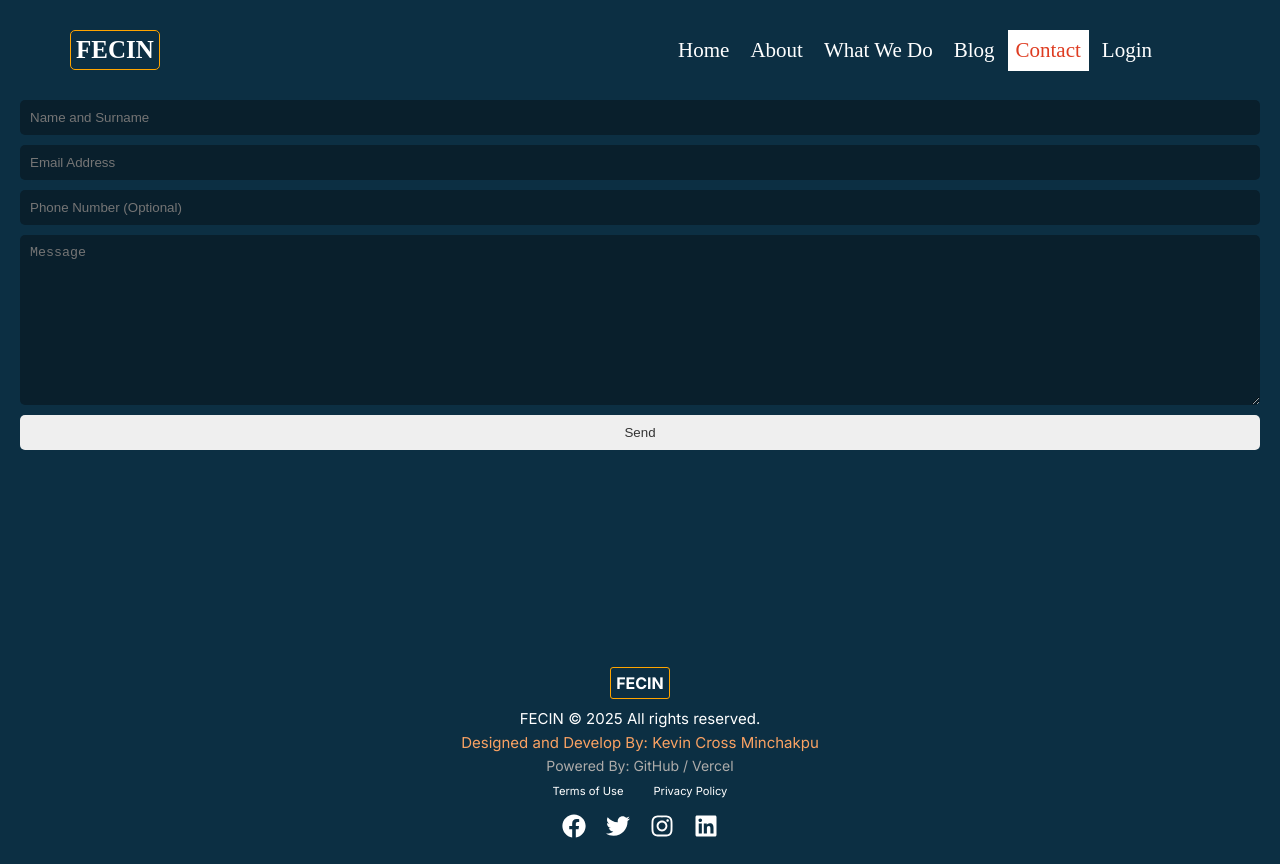
Repository: KCMinchakpu/fecin-projectgs497
Page: /contact
These files come from the project's save history. The page is drawn as it stood at one moment and after the next save; the edit follows.
The browser window is 1280 px wide. The pictures show the whole page.
The page's requests for data from a server got no answer. The project was rebuilt for these pictures with package versions that can differ from the ones it lists, and the page was loaded fresh each time. Some packages were replaced by stand-ins written for this rebuild. The framework's server and built-in components were replaced by stand-ins that run in the browser. No one was signed in, and anything a server would have sent is missing. Queries for data that is not in the repository find no rows. Also part of the build but not shown: next.config.mjs.

Above is the page before, as saved 2025-04-12 12:53:36.

After the next save:
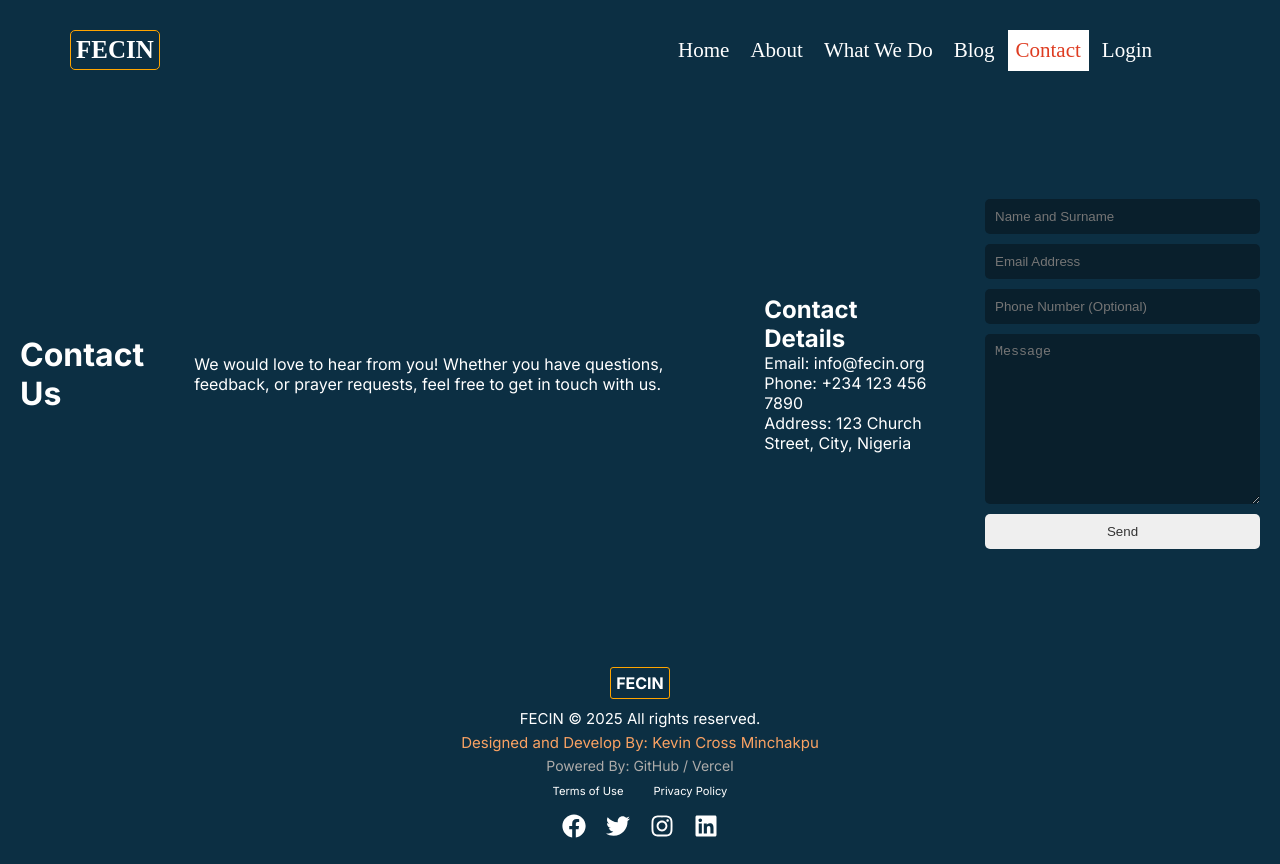
Saved 3 min 5 s later.
--- a/src/app/contact/page.jsx
+++ b/src/app/contact/page.jsx
@@ -1,4 +1,4 @@
-"use client"
+"use client";
 
 import React from 'react';
 import Image from 'next/image';
@@ -6,11 +6,26 @@ import styles from './contact.module.css';
 
 const ContactPage = () => {
 
-  const a = Math.random()
-  console.log(a)
- return (
+  const a = Math.random();
+  console.log(a);
+
+  return (
+    <div className={styles.container}>
+      <h1 className={styles.heading}>Contact Us</h1>
+      <p className={styles.description}>
+        We would love to hear from you! Whether you have questions, feedback, or prayer requests, feel free to get in touch with us.
+      </p>
+
+      {/* Contact Details Section */}
+      <div className={styles.contactDetails}>
+        <h2>Contact Details</h2>
+        <p>Email: <a href="mailto:info@fecin.org">info@fecin.org</a></p>
+        <p>Phone: +234 123 456 7890</p>
+        <p>Address: 123 Church Street, City, Nigeria</p>
+      </div>
+
+      {/* Contact Form Section */}
       <div className={styles.formContainer}>
-        {/* Contact Form Section */}
         <form action="" className={styles.form}>
           <input type="text" placeholder="Name and Surname" className={styles.input} />
           <input type="email" placeholder="Email Address" className={styles.input} />
@@ -25,6 +40,7 @@ const ContactPage = () => {
           ></textarea>
           <button className={styles.button} onClick={() => console.log("clicked")}>Send</button>
         </form>
+      </div>
     </div>
   );
 };
